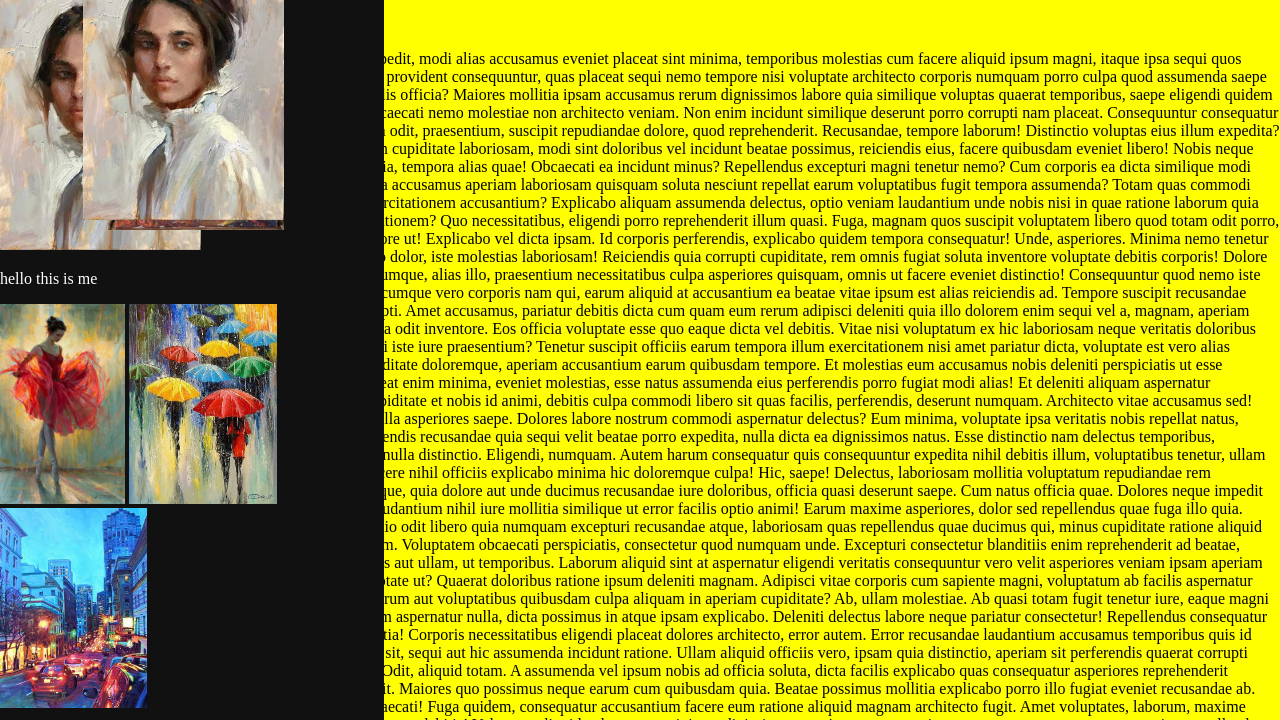
Repository: prathyushaa5/artgallery
Page: index/artists.html
An editor plug-in stored every save of this project. The page is shown before and after the next save, followed by the edit.
The browser window is 1280 px wide. The pictures show the whole page.
An inner scrolling area shows only its first screen.

Above is the page before, as saved 2023-11-20 21:08:43.

### index/artists.html
<!DOCTYPE html>
<html lang="en">
<head>
    <meta charset="UTF-8">
    <meta name="viewport" content="width=device-width, initial-scale=1.0">
    <title>Document</title>
</head>
<style>
body{
    margin:0;
    padding:0;
}

#part1{
    height:100vh;
    background-color:#111111;
    position:fixed;
    top:0;
    left:0;
    width:30%;

}
#img1{
    height:250px;
    position:relative
}
#img2{
    height:250px;
    position:absolute;
    top:-20px;
    right:100px;
    z-index:1;
}
#img3{
    height:250px;
    position:absolute;
    top:-30px;
    right:100px;
    z-index:1;
}
p{
color:white;
}

#part2{
    height:100vh;
    background-color: yellow;
    overflow-y:scroll;
}
</style>
<body>
<div id="part1">
    <img src="../images/artist3.jpg" id="img1">
    <img src="../images/artist2.jpg" id="img2">
    <img src="../images/artist3.jpg" id="img3">
    <p>hello this is me</p>
    <img src="../images/artist4.jpg" class="img" height="200">
    <img src="../images/artist5.jpg" class="img" height="200">
    <img src="../images/artist6.jpg" class="img" height="200">
</div>
<div id="part2">
    <p>this is part2</p>
    Lorem ipsum dolor sit amet consectetur adipisicing elit. Impedit, modi alias accusamus eveniet placeat sint minima, temporibus molestias cum facere aliquid ipsum magni, itaque ipsa sequi quos corrupti dolor? Quis!
    Pariatur, dolor. Quis, sunt? Asperiores provident consequuntur, quas placeat sequi nemo tempore nisi voluptate architecto corporis numquam porro culpa quod assumenda saepe accusantium inventore! Blanditiis laborum fugiat culpa facilis officia?
    Maiores mollitia ipsam accusamus rerum dignissimos labore quia similique voluptas quaerat temporibus, saepe eligendi quidem adipisci! Quae facere culpa odit, neque beatae at. Neque obcaecati nemo molestiae non architecto veniam.
    Non enim incidunt similique deserunt porro corrupti nam placeat. Consequuntur consequatur est eos explicabo minima perferendis facere cum id nostrum odit, praesentium, suscipit repudiandae dolore, quod reprehenderit. Recusandae, tempore laborum!
    Distinctio voluptas eius illum expedita? Deleniti ipsa quo rem ipsam id minima nesciunt animi totam cupiditate laboriosam, modi sint doloribus vel incidunt beatae possimus, reiciendis eius, facere quibusdam eveniet libero!
    Nobis neque unde, rem incidunt, voluptates obcaecati libero ratione officia, tempora alias quae! Obcaecati ea incidunt minus? Repellendus excepturi magni tenetur nemo? Cum corporis ea dicta similique modi aspernatur vero.
    Illum, excepturi et mollitia veniam expedita accusamus aperiam laboriosam quisquam soluta nesciunt repellat earum voluptatibus fugit tempora assumenda? Totam quas commodi itaque numquam. Vero numquam quia itaque molestiae, exercitationem accusantium?
    Explicabo aliquam assumenda delectus, optio veniam laudantium unde nobis nisi in quae ratione laborum quia iste tempore pariatur. Nulla, veniam earum! Autem, exercitationem? Quo necessitatibus, eligendi porro reprehenderit illum quasi.
    Fuga, magnam quos suscipit voluptatem libero quod totam odit porro, corporis neque dicta incidunt corrupti. Quaerat magni tempore ut! Explicabo vel dicta ipsam. Id corporis perferendis, explicabo quidem tempora consequatur!
    Unde, asperiores. Minima nemo tenetur qui quam aut sequi aspernatur, debitis, voluptates illum odio dolor, iste molestias laboriosam! Reiciendis quia corrupti cupiditate, rem omnis fugiat soluta inventore voluptate debitis corporis!
    Dolore adipisci laboriosam aspernatur maxime repellat reiciendis cumque, alias illo, praesentium necessitatibus culpa asperiores quisquam, omnis ut facere eveniet distinctio! Consequuntur quod nemo iste maxime officiis deserunt sunt natus iure!
    Nulla perferendis cumque vero corporis nam qui, earum aliquid at accusantium ea beatae vitae ipsum est alias reiciendis ad. Tempore suscipit recusandae minima assumenda, quas quam sapiente nam veritatis corrupti.
    Amet accusamus, pariatur debitis dicta cum quam eum rerum adipisci deleniti quia illo dolorem enim sequi vel a, magnam, aperiam quaerat veritatis. Voluptates facilis aliquid ea dolorum officia odit inventore.
    Eos officia voluptate esse quo eaque dicta vel debitis. Vitae nisi voluptatum ex hic laboriosam neque veritatis doloribus rerum cupiditate. Fugit quaerat rerum quia beatae ad deleniti iste iure praesentium?
    Tenetur suscipit officiis earum tempora illum exercitationem nisi amet pariatur dicta, voluptate est vero alias ratione, ipsa velit ea porro omnis? Veritatis perferendis cupiditate doloremque, aperiam accusantium earum quibusdam tempore.
    Et molestias eum accusamus nobis deleniti perspiciatis ut esse inventore nisi incidunt! Fuga eaque eligendi architecto placeat enim minima, eveniet molestias, esse natus assumenda eius perferendis porro fugiat modi alias!
    Et deleniti aliquam aspernatur cupiditate, magnam suscipit eos? Voluptas dolorum esse cupiditate et nobis id animi, debitis culpa commodi libero sit quas facilis, perferendis, deserunt numquam. Architecto vitae accusamus sed!
    Maxime inventore voluptatum quia? Placeat quam eaque nulla asperiores saepe. Dolores labore nostrum commodi aspernatur delectus? Eum minima, voluptate ipsa veritatis nobis repellat natus, aperiam libero ex consequuntur, accusantium quas!
    Ex reiciendis recusandae quia sequi velit beatae porro expedita, nulla dicta ea dignissimos natus. Esse distinctio nam delectus temporibus, consequatur fuga deserunt nobis? Corrupti alias accusamus nulla distinctio. Eligendi, numquam.
    Autem harum consequatur quis consequuntur expedita nihil debitis illum, voluptatibus tenetur, ullam vero soluta placeat molestiae animi aspernatur eos odio. Facere nihil officiis explicabo minima hic doloremque culpa! Hic, saepe!
    Delectus, laboriosam mollitia voluptatum repudiandae rem laudantium deleniti atque culpa porro provident corrupti neque, quia dolore aut unde ducimus recusandae iure doloribus, officia quasi deserunt saepe. Cum natus officia quae.
    Dolores neque impedit maxime sunt quibusdam, explicabo fugiat alias provident laudantium nihil iure mollitia similique ut error facilis optio animi! Earum maxime asperiores, dolor sed repellendus quae fuga illo quia.
    Rerum dicta voluptas ipsum, at laudantium velit. Veniam odio odit libero quia numquam excepturi recusandae atque, laboriosam quas repellendus quae ducimus qui, minus cupiditate ratione aliquid molestiae delectus velit dolorem.
    Omnis optio cumque earum. Voluptatem obcaecati perspiciatis, consectetur quod numquam unde. Excepturi consectetur blanditiis enim reprehenderit ad beatae, ducimus unde, quaerat qui eum voluptatibus ipsam molestias aut ullam, ut temporibus.
    Laborum aliquid sint at aspernatur eligendi veritatis consequuntur vero velit asperiores veniam ipsam aperiam illo et culpa quisquam officiis amet, placeat explicabo voluptate ut? Quaerat doloribus ratione ipsum deleniti magnam.
    Adipisci vitae corporis cum sapiente magni, voluptatum ab facilis aspernatur quo molestias obcaecati, harum nihil voluptate, at dolor! Harum aut voluptatibus quibusdam culpa aliquam in aperiam cupiditate? Ab, ullam molestiae.
    Ab quasi totam fugit tenetur iure, eaque magni doloremque voluptate quia, dolor molestias sequi vero earum aspernatur nulla, dicta possimus in atque ipsam explicabo. Deleniti delectus labore neque pariatur consectetur!
    Repellendus consequatur veritatis incidunt voluptas expedita magni voluptatum mollitia! Corporis necessitatibus eligendi placeat dolores architecto, error autem. Error recusandae laudantium accusamus temporibus quis id laboriosam? Sed porro eos voluptatum doloremque!
    Harum sit, sequi aut hic assumenda incidunt ratione. Ullam aliquid officiis vero, ipsam quia distinctio, aperiam sit perferendis quaerat corrupti culpa vitae temporibus laborum consequatur, eius minima? Odit, aliquid totam.
    A assumenda vel ipsum nobis ad officia soluta, dicta facilis explicabo quas consequatur asperiores reprehenderit dolorem eius adipisci reiciendis inventore aspernatur impedit. Maiores quo possimus neque earum cum quibusdam quia.
    Beatae possimus mollitia explicabo porro illo fugiat eveniet recusandae ab. Quae aliquam voluptatum magni hic repellat, iusto odit obcaecati! Fuga quidem, consequatur accusantium facere eum ratione aliquid magnam architecto fugit.
    Amet voluptates, laborum, maxime enim voluptas dolorum, error unde vero fugiat corporis voluptate debitis! Voluptate aliquid vel amet, suscipit et adipisci error veniam quam, maxime porro, quae accusamus accusantium repellendus.
    Omnis, hic. Ea accusantium rerum porro iusto commodi velit minus corrupti quaerat atque, blanditiis a, explicabo laudantium, quisquam quo cupiditate facere distinctio non autem error. Nisi ipsum aperiam dolores autem.
    Illo excepturi error fuga labore. Maiores similique culpa velit doloribus impedit nulla eligendi. Porro itaque, iusto dolorem officiis hic deserunt repellat assumenda a minima corporis pariatur quidem aperiam tempore sint!
    Aut ut enim atque nesciunt magnam ea quidem! Vero exercitationem quisquam harum praesentium, illo accusamus fugit libero quod magnam minus reprehenderit quaerat ex architecto nostrum beatae, ratione quia eveniet sunt.
    Eligendi, possimus aperiam culpa, fugit quas sunt quos tempora amet repellat odio perferendis repudiandae nihil molestiae vel itaque exercitationem minima dignissimos modi iusto repellendus. Hic consequatur dicta iusto numquam minus.
    Quam libero eos eaque itaque, perferendis odio culpa tenetur enim vel, ex asperiores ullam magni recusandae corporis provident placeat facilis reprehenderit voluptatibus tempore dolor mollitia autem nemo! Veniam, repellendus tenetur.
    Fuga sit aliquam in perspiciatis, hic dicta cumque laboriosam est velit quaerat quo provident voluptatem autem quam optio ad molestiae accusantium ipsa sapiente eius, tempora totam. Laboriosam magni facilis illo.
    Incidunt alias aperiam quidem inventore nulla minima perferendis cum tempora facilis. Nostrum quasi commodi eligendi odio, cum voluptatem fuga sit perferendis, eveniet atque praesentium, delectus fugiat a unde? Iste, impedit.
    Quisquam mollitia, dolores vero maiores illum accusamus, esse illo voluptatem deleniti non et harum sed sequi. Non consequuntur, esse veniam repudiandae unde qui, ab culpa totam nostrum autem ipsum repellat.
    Consectetur numquam laborum odio dolore in, dicta rem facere! Pariatur nisi fuga optio odit sunt, consectetur assumenda, rerum veniam exercitationem tenetur ea tempore iure accusantium necessitatibus sapiente voluptate ut? Voluptatem.
    Rerum at autem culpa earum veritatis ab saepe odit corporis molestias, cupiditate illum similique commodi necessitatibus a minima eum totam accusantium quibusdam perferendis asperiores fuga. Odit quasi laboriosam nostrum nesciunt.
    Exercitationem animi quos quam eos corrupti fuga sint laboriosam expedita ab hic cumque sequi deserunt facere at aspernatur quia, cum quidem consectetur velit odit error maiores repellat eveniet optio! Officia!
    Magnam itaque rem odio? Non ad atque, tempore earum vitae labore incidunt maiores nulla minima eligendi perferendis enim reiciendis delectus quisquam laboriosam minus numquam sit nemo nam explicabo placeat praesentium.
    Error omnis soluta deserunt rerum dolor natus. Minima autem voluptatem quasi placeat officiis omnis molestias nihil cum aut doloribus non sequi quam cumque, consequatur error dolorum esse recusandae. Esse, quisquam?
    Officiis, beatae optio nesciunt dolore nemo neque eius atque. Vitae quibusdam, dolores aperiam sit recusandae laudantium nam aliquam expedita quod facere, alias maiores voluptatibus possimus quaerat eaque dicta enim est.
    Aperiam rem repudiandae laborum mollitia quaerat quasi est in hic quas laudantium a perspiciatis molestiae recusandae iste sequi, nihil consequatur vitae assumenda asperiores odit maxime natus. Vel sit doloribus repudiandae.
    Eaque aliquam quidem autem consequuntur voluptatum facilis quae reprehenderit cum atque explicabo nam natus earum nulla vitae, culpa blanditiis dolorem veniam, minus iure et similique fuga eos. Perspiciatis, laborum provident.
    At rem voluptatem quo! Ab corporis vel soluta reprehenderit rem quia autem, fugit, architecto voluptatem nemo ea accusamus optio quasi tenetur incidunt error voluptatum quis veritatis similique eveniet reiciendis provident!
    Reprehenderit minima culpa ullam doloribus perferendis, debitis velit cumque. Quae, explicabo quaerat. Harum nostrum hic repellendus quia quis exercitationem, debitis nulla! Quos asperiores veniam nulla. Praesentium sunt voluptates error asperiores.
    Culpa voluptatum vero excepturi! Tenetur corporis labore quod, ducimus necessitatibus at, saepe a voluptates quia error impedit, vero alias veritatis doloribus. Enim, debitis minima facere possimus rerum voluptatem harum eligendi.
    Voluptas consectetur quis facere accusantium delectus dignissimos eveniet quod velit aliquid. Aliquid fugit repellat officia dicta tempore cupiditate nam id reiciendis asperiores animi mollitia cumque perspiciatis alias, quis modi et?
    Optio quo, nulla assumenda est expedita reiciendis adipisci mollitia explicabo temporibus qui minus corporis officiis quibusdam, exercitationem ut sapiente! Accusantium rem dicta eos vero doloribus consequatur explicabo nemo voluptatum porro!
    Amet, illum. Earum, libero dolorem! Nostrum fuga natus minima ea provident nemo doloremque blanditiis incidunt explicabo molestiae aspernatur fugit laudantium quod illo, dolores officia sint quas unde quidem doloribus cumque.
    Obcaecati, quia eveniet nisi nobis laudantium aspernatur nesciunt debitis maiores totam? Eligendi obcaecati iusto sint, ipsam doloribus placeat suscipit optio culpa? Architecto, voluptatibus odio? Neque culpa reiciendis assumenda voluptatum deserunt.
    Explicabo, accusantium, repudiandae excepturi laboriosam similique quae ducimus quia, modi odio nulla magni iusto asperiores. Laboriosam quod asperiores, unde saepe dignissimos non maxime labore autem a ipsa corrupti vel pariatur.
    Deserunt maxime provident impedit ipsa nam quisquam facilis odit aliquid necessitatibus asperiores ullam porro eveniet, incidunt ex beatae magnam eius, earum suscipit qui repellat error illo! Ad perferendis pariatur commodi.
    Ad nemo inventore necessitatibus quia dicta sunt itaque quae amet, fuga ducimus ullam aspernatur incidunt ex possimus nihil! Perspiciatis consectetur illo numquam aliquam quis molestiae aperiam nulla ad repellendus nihil!
    Fuga nihil tenetur quos perferendis repellat iusto laudantium ex obcaecati, veritatis distinctio dicta hic eum accusantium recusandae, quisquam, doloribus excepturi. Vitae voluptatem dolore necessitatibus ex unde? Enim necessitatibus veniam ullam.
    Itaque, fugit. Laborum corrupti laboriosam nesciunt? Mollitia ut sunt reprehenderit explicabo nemo quas beatae nisi a adipisci, eaque, perspiciatis aperiam reiciendis minus doloremque nam ad accusantium laudantium facere praesentium dolore?
    Doloribus quas placeat, eius perspiciatis doloremque inventore deleniti quis asperiores similique, eligendi eum vitae. Cum nulla fugiat facilis veritatis cumque quia laboriosam iure? Magni in, sit porro quisquam voluptatibus molestiae.
    Nihil reiciendis eaque quo quis consequuntur laborum cumque placeat beatae ab, mollitia maiores. Expedita ducimus, dignissimos, ea iure neque, tempora soluta in voluptatum doloremque placeat doloribus ab reiciendis quibusdam laborum.
    Iure, velit sed nemo in porro quibusdam nesciunt eius deleniti reprehenderit quam libero optio minus iusto harum provident aspernatur qui necessitatibus expedita quaerat eum! Sed id officia iste fuga dolores!
    Alias veniam ipsum facilis iste ut beatae ex nesciunt? Vero officiis mollitia culpa libero repudiandae ipsum iste. Nam totam, ratione assumenda ab quibusdam repellat ipsam, obcaecati libero cupiditate rem ducimus.
    In praesentium iste, ducimus earum sapiente sint harum quas voluptatibus odio quidem nostrum labore neque possimus laudantium assumenda eum nesciunt aliquam, ratione, quis laborum. Accusantium sequi delectus sapiente ab ipsum?
    Neque corporis minima, fugiat natus ut culpa, delectus expedita harum dicta id dolorum, repudiandae omnis sapiente eveniet incidunt. Repudiandae, voluptatem quisquam? Eligendi itaque maxime illo nulla iure pariatur deserunt reiciendis?
    Repudiandae commodi delectus laborum quis dolor? Aliquid iste ex nulla temporibus ipsa maiores commodi et repudiandae obcaecati quam accusantium non ratione pariatur rerum itaque necessitatibus harum, veniam sed laboriosam nesciunt!
    Explicabo suscipit quas doloribus, animi odit unde veritatis sunt rem qui vero magni nulla? Animi, repudiandae ab quasi, quisquam quibusdam perferendis voluptatum, doloribus tempora qui quae ipsam aspernatur dolor quas.
    Culpa ducimus, odit quis dolorem quo aliquam perferendis ut a molestias quam exercitationem, expedita alias soluta earum doloribus vero ullam ratione cum qui. Harum deleniti explicabo odit deserunt fugiat aperiam!
    Rem incidunt laudantium tenetur? Earum nihil consequatur tempora in saepe animi qui laboriosam accusantium, doloremque autem maiores ducimus, illum distinctio iste esse velit quia possimus delectus deleniti impedit fugiat iusto.
    Soluta eos facere nemo unde recusandae minima veniam, non iure obcaecati voluptas asperiores repellat! Error tenetur ipsum cum. Illo rerum tempora quaerat itaque repellat optio amet eaque sequi aliquam similique.
    Architecto hic libero, quae voluptatum, aliquid pariatur sit suscipit cupiditate voluptates vel possimus voluptate iure, ex natus. Hic quas autem, ipsum maiores, repellat placeat est velit voluptatem non consectetur a.
    Magni odit ea suscipit. Eaque excepturi aliquam mollitia sapiente exercitationem. Similique id officiis adipisci laboriosam velit dicta sunt dolorum hic possimus temporibus aspernatur repudiandae, voluptate non laborum rem dolor itaque.
    Ut corporis quos aliquid quidem nihil, consequuntur, sequi dolore, voluptas quia beatae laboriosam. Animi explicabo perferendis fuga odio odit rem voluptate laboriosam. Nemo fugiat architecto possimus temporibus sapiente officia in.
    Deserunt nam quaerat, eius commodi repellat officia numquam iste, repellendus asperiores nostrum quod eveniet recusandae. Tenetur omnis magnam debitis odio quis enim? Iure dolor nisi ullam reprehenderit esse natus animi.
    Tenetur accusantium quibusdam cupiditate possimus sunt laborum cum natus illum quae corrupti accusamus deleniti, fugiat perspiciatis at voluptate laudantium dolore deserunt totam. Voluptate vitae in nihil, quibusdam harum blanditiis error.
    Repudiandae excepturi adipisci nobis impedit, omnis iste voluptas quia sed suscipit provident iure eius eum dolorum. Obcaecati, animi autem eos quis vel tenetur culpa dignissimos nisi maiores dolorem voluptatem incidunt.
    Quis, expedita corrupti corporis blanditiis porro dolorum nam rerum molestias soluta id eveniet, quaerat eius, aspernatur cum sed laudantium nulla dolor earum! Ducimus rerum dolores quidem accusamus in, error adipisci.
    Temporibus eius excepturi enim nulla quam numquam quidem minima fugiat esse maxime dolorum architecto est, repellendus delectus hic molestias nobis minus, aperiam tempora. Reprehenderit necessitatibus tempore, animi magnam ipsam mollitia.
    Impedit ducimus amet ad itaque nam totam voluptatum eum sed error eaque quae maxime, ratione quam maiores nulla consequatur alias dolores iure? Dignissimos illum maxime inventore deleniti, perspiciatis harum voluptas!
    Delectus, corrupti dignissimos amet tempora maxime sint ipsa. Earum blanditiis qui eius delectus. Sequi, delectus. Officiis mollitia enim reprehenderit, consequatur consequuntur error ipsam saepe! Ducimus dolor perferendis molestias aliquid reprehenderit.
    Aliquam quibusdam nisi eveniet sed. Placeat nostrum nisi rerum quibusdam porro velit corrupti ipsa excepturi eius numquam modi eaque unde deleniti ipsum dolor, cum sed blanditiis atque itaque veniam ullam!
    Beatae tenetur deserunt, cumque quibusdam mollitia soluta. Cum nisi ad minima, error aliquid eius excepturi, dignissimos odio autem praesentium molestias facilis voluptates neque nesciunt natus quos, ducimus inventore deleniti? Odit.
    Aliquam accusamus soluta facere eaque quasi, ullam error, ipsam placeat ea voluptatem modi eum, ad dicta vero. Magni doloremque, sit eaque earum suscipit laborum dolores fuga modi. Fugiat, temporibus odit!
    Aperiam exercitationem earum repudiandae ipsa obcaecati reprehenderit similique mollitia magnam! Nesciunt consectetur perspiciatis quam neque exercitationem aut aliquam vitae! Voluptatum porro veritatis odio placeat ipsa nesciunt. Fuga aliquam incidunt distinctio!
    Optio voluptatum harum, commodi exercitationem cumque quod voluptatem illum autem recusandae vero maxime laudantium aliquid nulla. Quo deleniti ad soluta repellendus labore, ipsum, a iusto odio officiis ex architecto animi!
    Laborum, ut ipsum magnam minima mollitia placeat! Animi nam facilis, id dignissimos excepturi dolores, nesciunt corporis alias dolorum doloribus tempora vitae aspernatur fuga. Cum, ipsum! Aspernatur ipsum quibusdam minus hic?
    Repellendus, consequuntur sequi iure laudantium deleniti animi iusto tempora ut sapiente quasi quia voluptas recusandae natus minima quis rerum aut, accusamus vel beatae? Omnis, doloribus cum impedit non blanditiis corrupti.
    Delectus nesciunt architecto dolores earum totam reprehenderit? Maxime facere nobis quasi obcaecati officiis minima sunt quaerat nostrum inventore repudiandae, expedita perspiciatis saepe, exercitationem dolorum voluptates qui velit illo omnis adipisci.
    Porro qui hic vero beatae tempore deserunt amet, nam recusandae animi error mollitia omnis. Ex placeat voluptate ad ipsa, distinctio rerum dignissimos deleniti, in, neque suscipit magnam labore maxime laboriosam.
    Autem, odit exercitationem. Eligendi quaerat similique rerum nulla nesciunt aperiam ullam recusandae a quidem? Odit a totam deleniti commodi placeat, vel deserunt hic modi vero eligendi ullam obcaecati consequatur odio?
    Commodi deserunt, fuga nihil nisi blanditiis explicabo sapiente aliquid optio unde, eius praesentium quae. Fugiat minima aut explicabo ipsa repellendus sit cumque similique voluptatem! Delectus quam optio dignissimos a quos?
    Earum perferendis dolorem illum blanditiis officiis, delectus iusto facilis soluta, necessitatibus eius ab ipsa dicta voluptatum quidem enim autem, eaque minima molestiae consectetur voluptates nobis fugiat. Repellat eius nostrum beatae.
    Nam repellendus tempora commodi quibusdam neque ut hic quidem sit aliquam ab. Tenetur asperiores consectetur dolores, non expedita atque, adipisci molestiae facere neque quas itaque ab magnam eos illum vero.
    Et, commodi modi quidem distinctio libero eligendi accusamus unde ullam non quas, dolorem similique quo. Ex, modi! Quo eligendi, culpa alias praesentium, ratione illum illo optio atque, quaerat nesciunt eaque!
    Aperiam, aliquid voluptatum delectus cupiditate quae vel qui minus unde est autem, vitae, enim perspiciatis atque. Neque saepe fugit, tempora, reprehenderit eveniet dolores recusandae ea, non repellat deleniti atque sunt.
    Aperiam similique incidunt voluptatum iusto officiis ducimus optio rerum eius, nesciunt suscipit, exercitationem consequuntur quis, explicabo tempora dolorem eveniet repellendus quam aut quo laudantium quidem delectus et magni quod. Aspernatur!
    Obcaecati nobis qui numquam! Suscipit reprehenderit necessitatibus laboriosam, corrupti numquam inventore earum saepe unde voluptatem accusamus mollitia beatae dolor sit possimus assumenda commodi eveniet provident corporis quibusdam omnis. Temporibus, ipsum.
    Laboriosam et a quisquam dicta sapiente labore, totam libero minima, quibusdam aliquid amet commodi excepturi rerum cupiditate tenetur repudiandae consectetur minus! Earum nemo esse est laudantium cupiditate odio eos dolores?
    Facere, quam, ullam autem animi ratione a magni harum optio nam nobis assumenda fugiat aspernatur necessitatibus quaerat velit reiciendis! Consequatur facere corrupti repudiandae adipisci laborum optio blanditiis ipsam earum fuga?
</div>
</body>
</html>

After the next save:
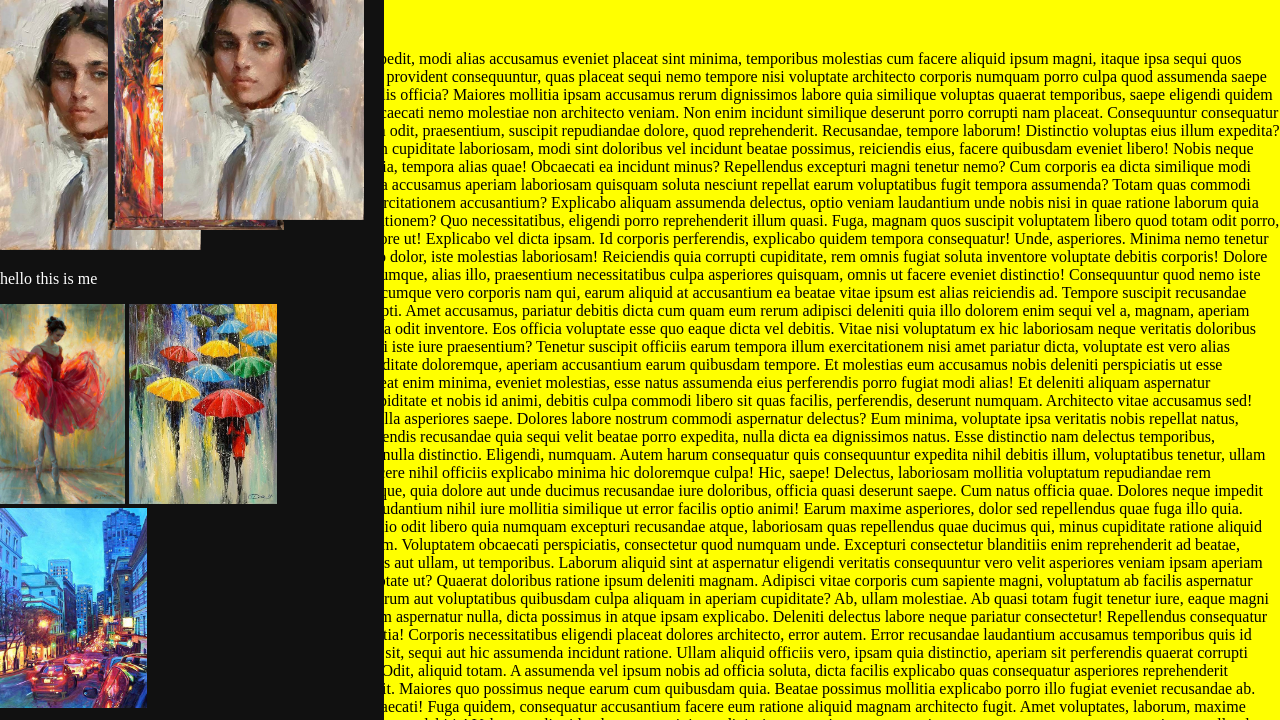
Saved 18 s later.
--- a/index/artists.html
+++ b/index/artists.html
@@ -35,8 +35,8 @@ body{
     height:250px;
     position:absolute;
     top:-30px;
-    right:100px;
-    z-index:1;
+    right:20px;
+    z-index:2;
 }
 p{
 color:white;
